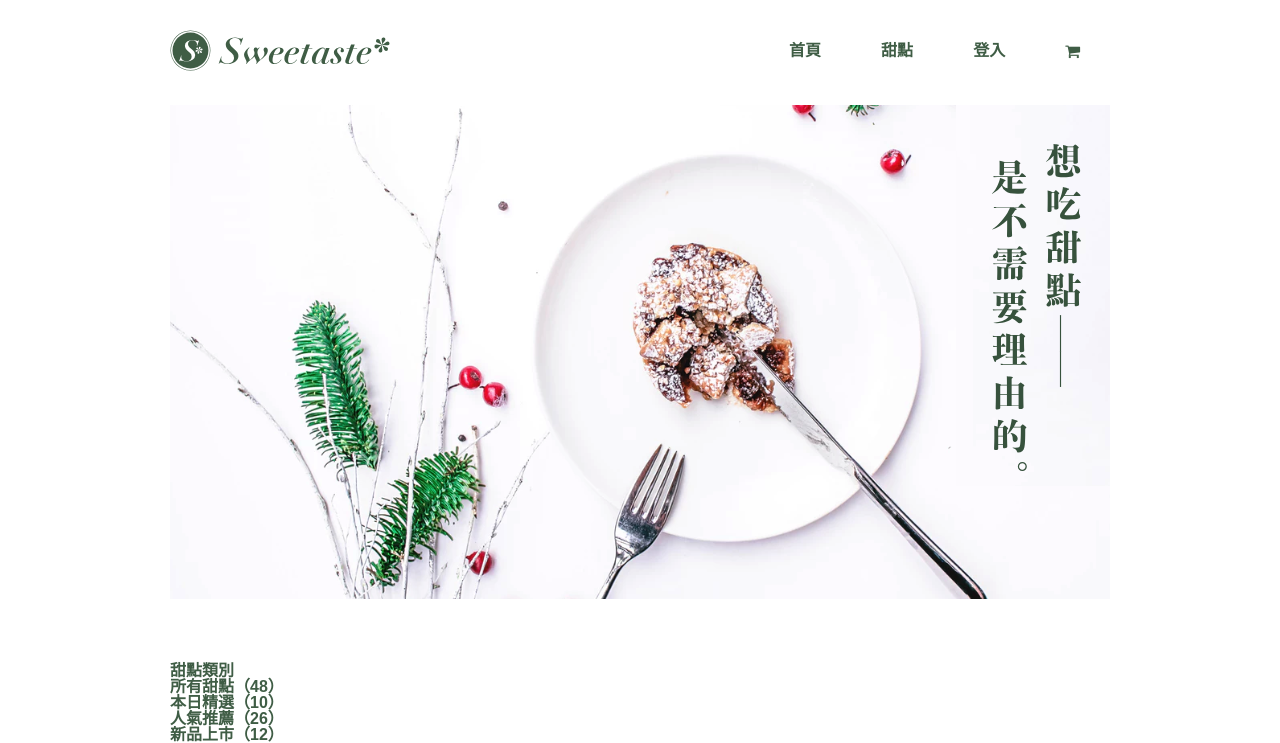
Repository: michelle61219/Sweets
Page: index.html
The author's editor kept a copy of each file at every save. The page is drawn from the files as they stood at one save, then again after the next save.
The browser window is 1280 px wide. The pictures show the whole page.

Above is the page before, as saved 2021-06-13 00:24:25.

After the next save:
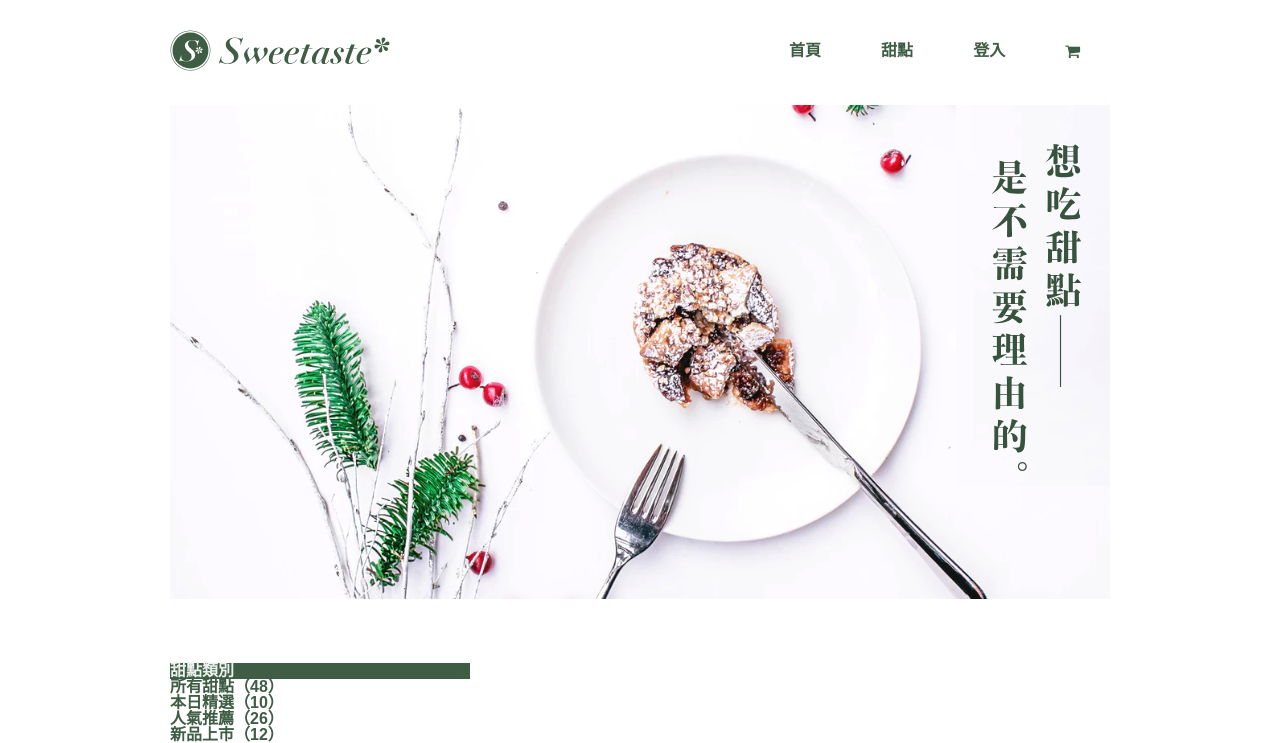
Saved 4 min 2 s later.
--- a/style.css
+++ b/style.css
@@ -185,3 +185,8 @@ a {
 .productList {
 	width: 620px;
 }
+
+.aside h2 {
+	background: #3f5d45;
+	color: #eaf0ed;
+}
